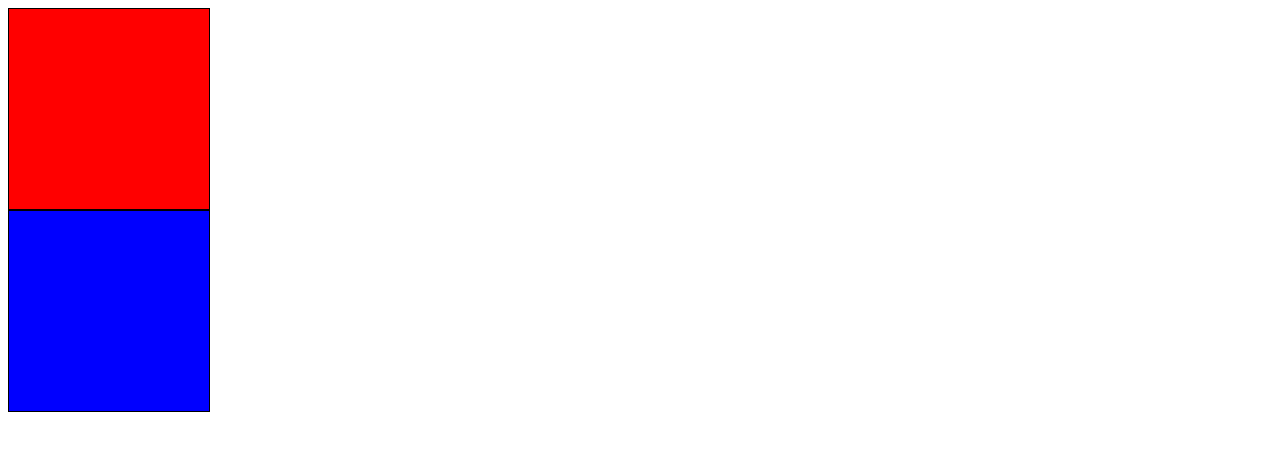
Repository: Divineridh/LPPAChallenges
Page: Trabajos en Clase/ejercicio cajas positions/index.html
An editor plug-in stored every save of this project. The page is shown before and after the next save, followed by the edit.
The browser window is 1280 px wide. The pictures show the whole page.

Above is the page before, as saved 2022-05-03 20:50:23.

### Trabajos en Clase/ejercicio cajas positions/index.html
<!DOCTYPE html>
<html lang="en">
<head>
    <meta charset="UTF-8">
    <meta http-equiv="X-UA-Compatible" content="IE=edge">
    <meta name="viewport" content="width=device-width, initial-scale=1.0">
    <link rel="stylesheet" href="./style.css">
    <title>Divs positions</title>
</head>
<body>
    <div class="div1 divs"></div>
    <div class="div2 divs"></div>
    <div class="div3 divs"></div>
</body>
</html>

### Trabajos en Clase/ejercicio cajas positions/style.css
.div1 {
    background-color: #FF0000;
    position: absolute;
}

.div2 {
    background-color: #00FF00;
}

.div3 {
    background-color: #0000FF;
}

.divs {
    height: 200px;
    width: 200px;
    border: solid black 1px;
}

After the next save:
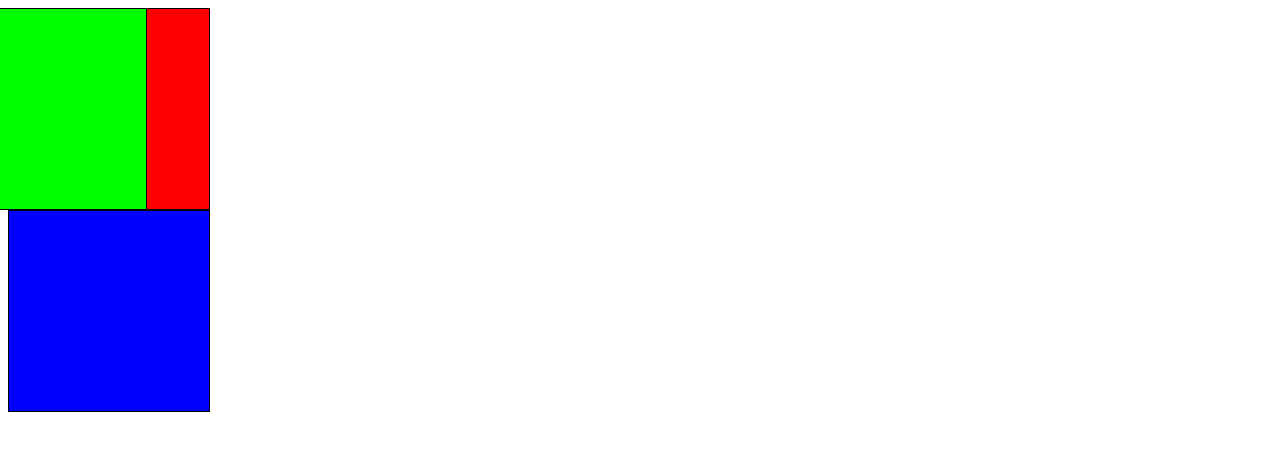
Saved 39 s later.
--- a/Trabajos en Clase/ejercicio cajas positions/style.css
+++ b/Trabajos en Clase/ejercicio cajas positions/style.css
@@ -5,6 +5,9 @@
 
 .div2 {
     background-color: #00FF00;
+    position: relative;
+    top: 50%;
+    right: 5%;
 }
 
 .div3 {
